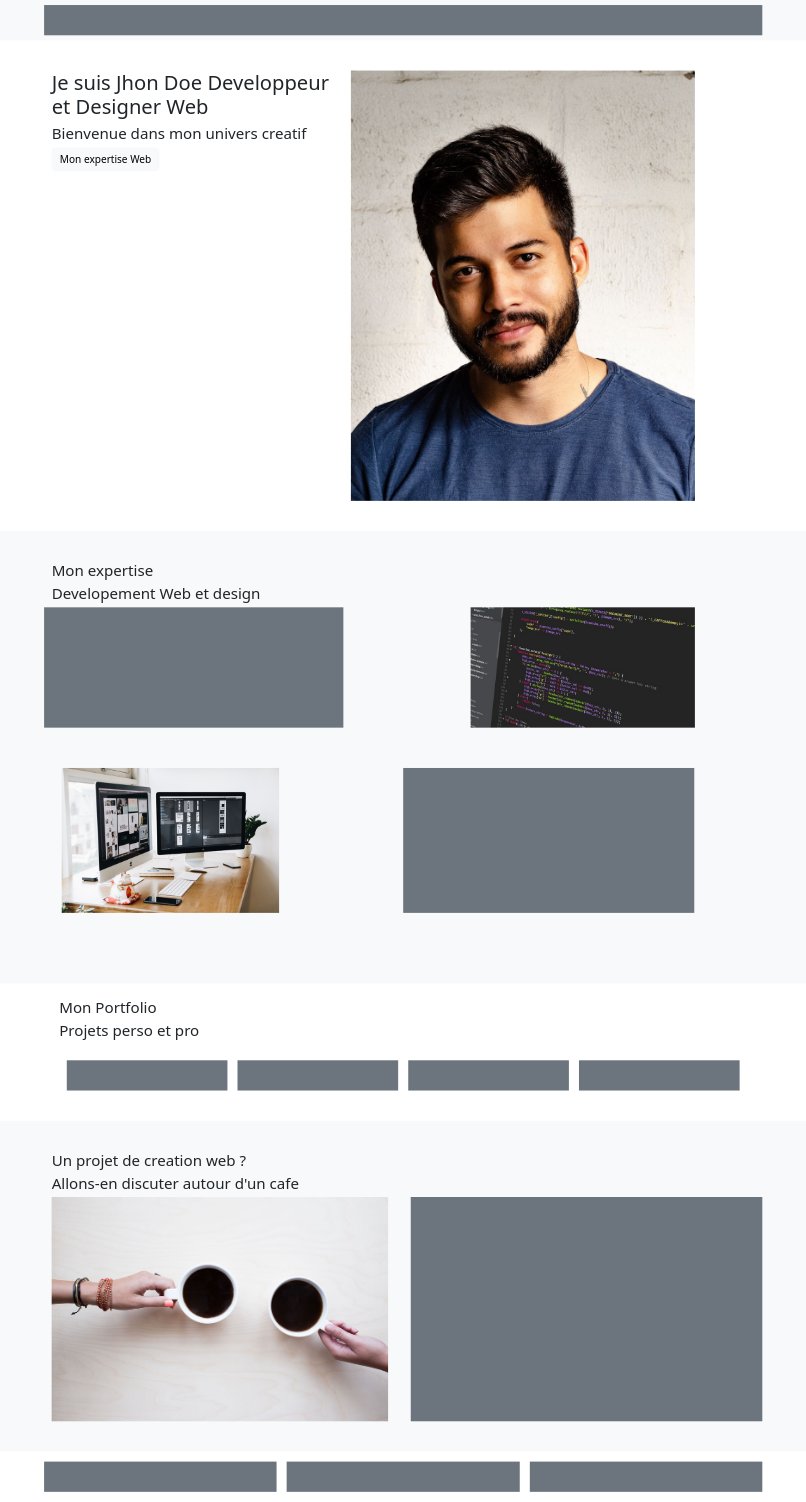
Repository: wadelfadill/Bootstrap_tache_1_portfolio
Page: index.html
An editor plug-in stored every save of this project. The page is shown before and after the next save, followed by the edit.
The browser window is 1280 px wide. The pictures show the whole page, at 63% of full size.

Above is the page before, as saved 2023-03-27 13:24:44.

### index.html
<!DOCTYPE html>
<html lang="en">
<head>
    <meta charset="UTF-8">
    <meta http-equiv="X-UA-Compatible" content="IE=edge">
    <meta name="viewport" content="width=device-width, initial-scale=1.0">
    <title>Portfolio_Bootstrap</title>
    <link href="https://cdn.jsdelivr.net/npm/bootstrap@5.3.0-alpha2/dist/css/bootstrap.min.css" rel="stylesheet" integrity="sha384-aFq/bzH65dt+w6FI2ooMVUpc+21e0SRygnTpmBvdBgSdnuTN7QbdgL+OapgHtvPp" crossorigin="anonymous">
    <link rel="stylesheet" href="style.css">
</head>
<body>
    <header>
        <nav class="navbar bg-light container-fluid">
            <div class="container bg-secondary py-4">

            </div>
        </nav>
    </header>
    <main>
        <section class="my-5">
            <div class="container">
                <div class="row">
                    <div class="col-5">
                        <p class="h2">Je suis Jhon Doe Developpeur et Designer Web</p>
                        <p class="h4">Bienvenue dans mon univers creatif</p>
                        <a class="btn btn-light" href="#" role="button">Mon expertise Web</a>

                    </div>
                    <div class="col-6">
                        <img src="img/portrait.jpg" alt="profile de Jhon Doe" class="w-100">
                    </div>
                </div>
            </div>
        </section>
        <section>
            <div class="container-fluid bg-light py-5 mt-5">
                <div class="container ">
                 <p class="h4">Mon expertise</p>
                 <p class="h4">Developement Web et design</p>
                <div class="row">
                    <div class="col-5 bg-secondary">

                    </div>
                    <div class="col-2"></div>
                    <div class="col-4">
                        <img src="img/code.jpg" alt="" class="w-100">
                    </div>
                </div>
                <div class="row my-5 p-3">
                    <div class="col-4">
                        <img src="img/design.jpg" alt="" class="w-100">
                    </div>
                    <div class="col-2"></div>
                    <div class="col-5 bg-secondary">

                    </div>
                </div>
             </div>
        </section>
        <section class="container">
            <div class="container my-4">
                <p class="h4">Mon Portfolio</p>
                <p class="h4">Projets perso et pro</p>
                <div class="row gap-3 p-4">
                    <div class="col bg-secondary py-4"></div>
                    <div class="col bg-secondary py-4"></div>
                    <div class="col bg-secondary py-4"></div>
                    <div class="col bg-secondary py-4"></div>
                </div>
            </div>
        </section>
        <section class="p-5 bg-light">
            <div class="container">
                <p class="h4">Un projet de creation web ?</p>
                <p class="h4">Allons-en discuter autour d'un cafe</p>
                <div class="row gap-4">
                    <div class="col">
                        <img src="img/grab-a-coffee.jpg" class="w-100" alt="">
                    </div>
                    <div class="col bg-secondary"></div>
                </div>
            </div>
        </section>
    </main>
    <footer>
        <div class="container">
            <div class="row gap-3 py-3">
                <div class="col p-4 bg-secondary"></div>
                <div class="col p-4 bg-secondary"></div>
                <div class="col p-4 bg-secondary"></div>
            </div>
        </div>
    </footer>


</body>
</html>

Loaded but not shown: style.css (no stored copy; drawn as an empty file)

After the next save:
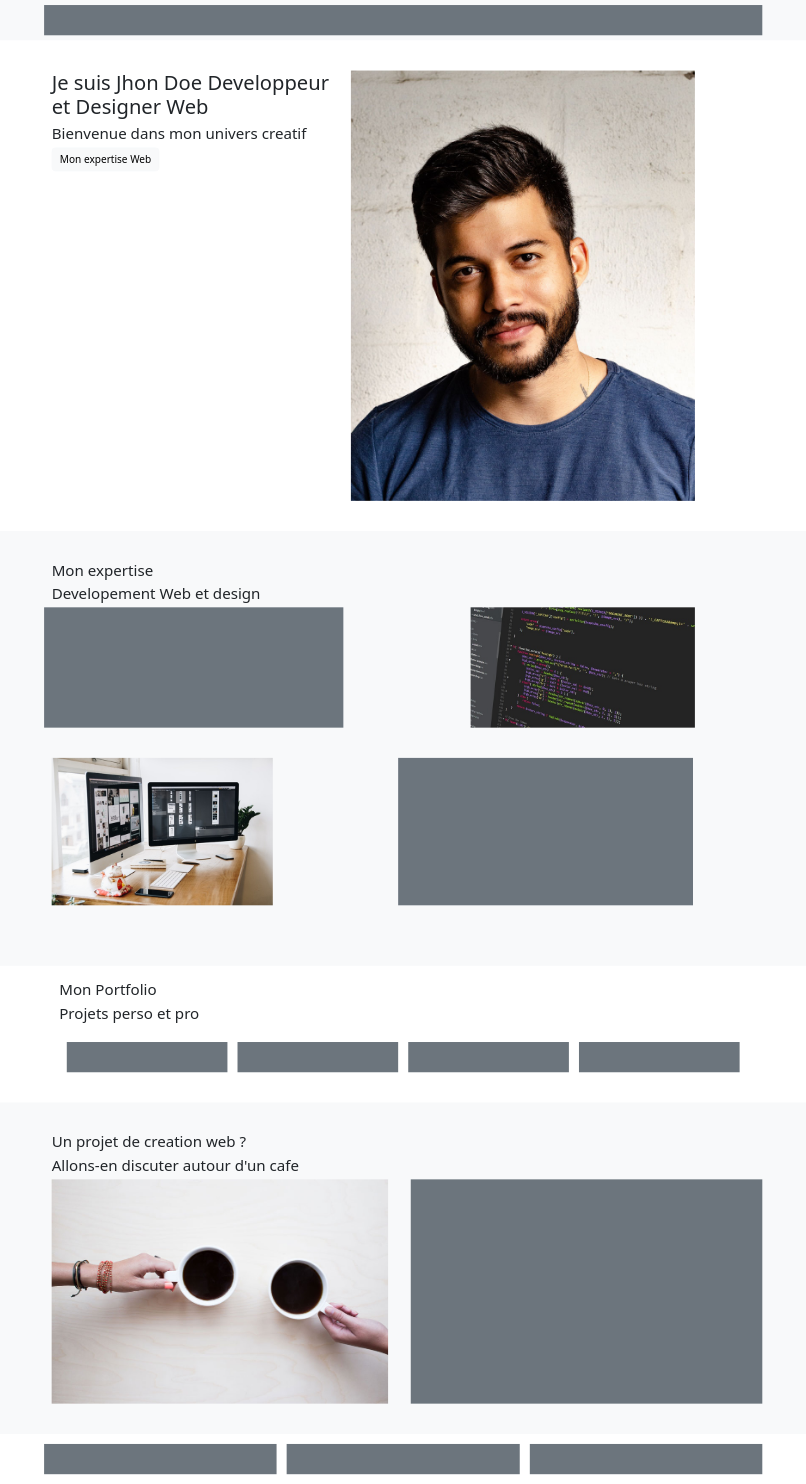
Saved 17 s later.
--- a/index.html
+++ b/index.html
@@ -46,7 +46,7 @@
                         <img src="img/code.jpg" alt="" class="w-100">
                     </div>
                 </div>
-                <div class="row my-5 p-3">
+                <div class="row my-5 pe-3">
                     <div class="col-4">
                         <img src="img/design.jpg" alt="" class="w-100">
                     </div>
